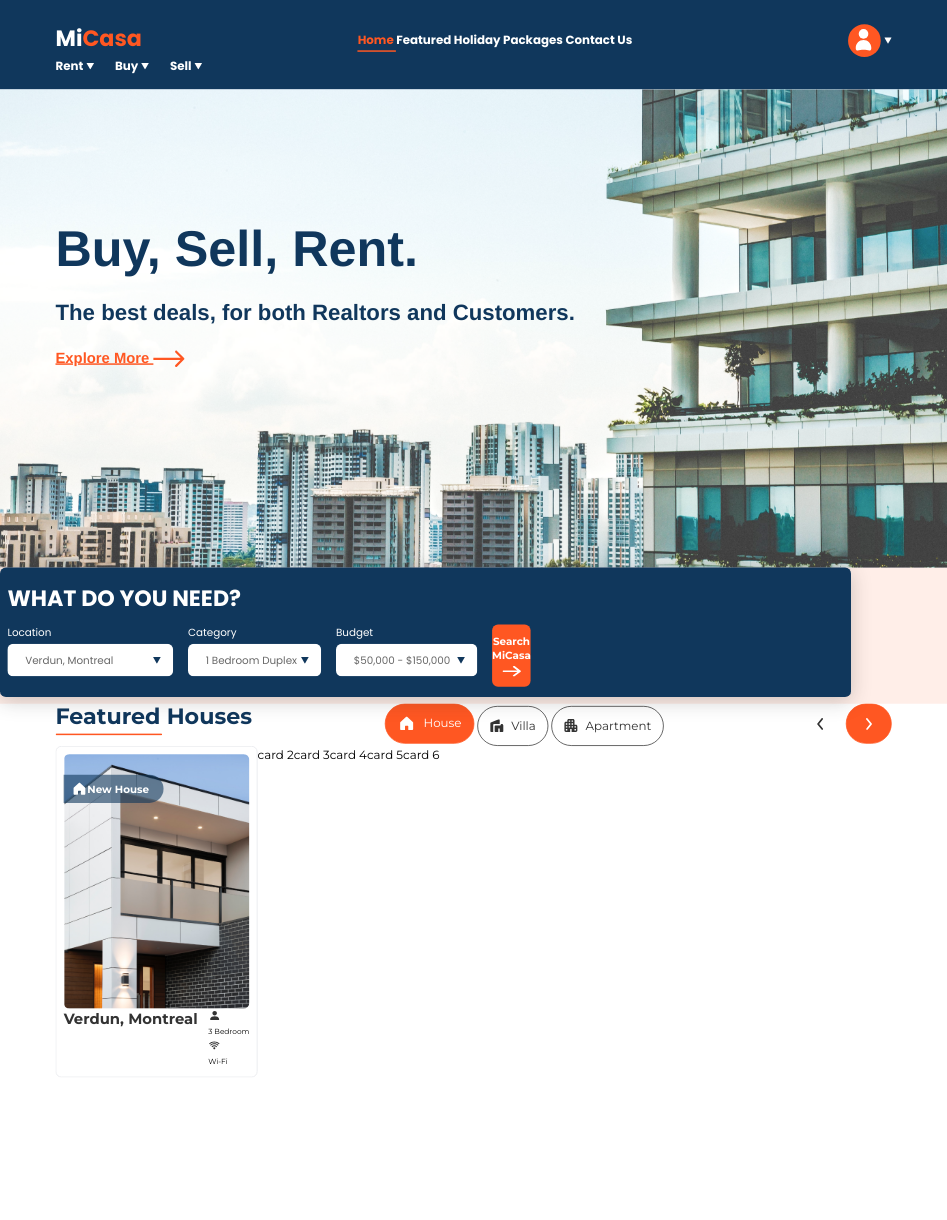
Repository: BenUnyolo/micasa-frontend
Page: index.html
The author's editor kept a copy of each file at every save. The page is drawn from the files as they stood at one save, then again after the next save.
The browser window is 1280 px wide. The pictures show the whole page, at 74% of full size.

Above is the page before, as saved 2021-10-17 16:46:52.

### index.html
<!DOCTYPE html>
<html lang="en">
  <head>
    <meta charset="UTF-8" />
    <meta http-equiv="X-UA-Compatible" content="IE=edge" />
    <meta name="viewport" content="width=device-width, initial-scale=1.0" />
    <title>Document</title>
    <link rel="stylesheet" href="tailwind.css" />
  </head>
  <body>
    <!-- HEADER -->
    <header class="pt-8 pb-5 text-white bg-primary-600">
      <div class="inner-container">
        <!-- top row -->
        <div class="flex flex-row justify-between">
          <a
            href="/"
            class="inline-block text-3xl font-bold leading-10 font-poppins"
          >
            Mi<span class="text-secondary-600">Casa</span>
          </a>
          <nav class="flex items-center inline-block">
            <ul class="font-bold li-inline space-x-14 font-poppins">
              <li
                class="
                  text-secondary-600
                  border-b-2
                  pb-0.5
                  border-secondary-600
                "
              >
                <a href="/">Home</a>
              </li>
              <li><a href="#">Featured</a></li>
              <li><a href="#">Holiday Packages</a></li>
              <li><a href="#">Contact Us</a></li>
            </ul>
          </nav>
          <div class="flex flex-row items-center">
            <img src="assets/images/user_avatar.svg" alt="user avatar" />
            <svg
              width="14"
              height="12"
              viewBox="0 0 14 12"
              fill="none"
              xmlns="http://www.w3.org/2000/svg"
              class="pl-1"
            >
              <title>profile dropdown</title>
              <path d="M7 12L0.0717964 0H13.9282L7 12Z" fill="white" />
            </svg>
          </div>
        </div>
        <!-- bottom row -->
        <div>
          <ul class="space-x-6 font-bold li-inline font-poppins">
            <li>
              Rent
              <svg
                width="12"
                height="9"
                viewBox="0 0 12 9"
                fill="none"
                xmlns="http://www.w3.org/2000/svg"
                class="inline-block"
              >
                <path d="M6 9L0.803848 0H11.1962L6 9Z" fill="white" />
              </svg>
            </li>
            <li>
              Buy
              <svg
                width="12"
                height="9"
                viewBox="0 0 12 9"
                fill="none"
                xmlns="http://www.w3.org/2000/svg"
                class="inline-block"
              >
                <path d="M6 9L0.803848 0H11.1962L6 9Z" fill="white" />
              </svg>
            </li>
            <li>
              Sell
              <svg
                width="12"
                height="9"
                viewBox="0 0 12 9"
                fill="none"
                xmlns="http://www.w3.org/2000/svg"
                class="inline-block"
              >
                <path d="M6 9L0.803848 0H11.1962L6 9Z" fill="white" />
              </svg>
            </li>
          </ul>
        </div>
      </div>
    </header>

    <!-- HERO -->
    <div class="hero">
      <div class="flex inner-container">
        <div class="w-6/12">
          <h1 class="text-primary-600">Buy, Sell, Rent.</h1>
          <h2 class="mt-7.5 text-primary-600">
            The best deals, for both Realtors and Customers.
          </h2>
          <a
            href="#"
            class="
              inline-block
              mt-7.5
              text-secondary-600
              font-helvetica font-bold
              text-xl
              underline
            "
            >Explore More
            <svg
              width="43"
              height="23"
              viewBox="0 0 43 23"
              fill="none"
              xmlns="http://www.w3.org/2000/svg"
              class="inline-block"
            >
              <path
                d="M41.6936 12.9142C42.2794 12.3284 42.2794 11.3786 41.6936 10.7929L32.1477 1.24691C31.5619 0.661127 30.6122 0.661127 30.0264 1.24691C29.4406 1.8327 29.4406 2.78245 30.0264 3.36823L38.5117 11.8535L30.0264 20.3388C29.4406 20.9246 29.4406 21.8743 30.0264 22.4601C30.6122 23.0459 31.5619 23.0459 32.1477 22.4601L41.6936 12.9142ZM0.0714722 13.3535H40.633V10.3535H0.0714722V13.3535Z"
                fill="#FF5722"
              />
            </svg>
          </a>
        </div>
      </div>
    </div>

    <!-- SEARCH & HOW IT WORKS -->
    <div class="relative">
      <!-- what do you need -->
      <div
        class="absolute w-full pt-5 -mb-5 text-sm text-white rounded-lg  px-28 pb-7 font-poppins bg-primary-600 absolute-center inner-container -top-32"
        id="homepage-search"
      >
        <h3 class="leading-normal uppercase font-poppins">What do you need?</h3>
        <!-- search boxes -->
        <span class="inline-block w-full mt-3">
          <div class="flex flex-wrap -m-2.5">
            <!-- location -->
            <div class="w-1/3 p-2.5">
              <label for="location" class="block">Location</label>
              <select name="location" id="search-location">
                <option value="verdun-montreal">Verdun, Montreal</option>
                <option value="sthenri-montreal">Saint Henri, Montreal</option>
                <option value="littleburgundy-montreal">
                  Little Burgundy, Montreal
                </option>
              </select>
            </div>
            <!-- category -->
            <div class="w-1/3 p-2.5">
              <label for="category" class="block">Category</label>
              <select name="category" id="search-category">
                <option value="1br-duplex">1 Bedroom Duplex</option>
                <option value="2br-duplex">2 Bedroom Duplex</option>
                <option value="3br-duplex">3 Bedroom Duplex</option>
              </select>
            </div>
            <!-- category -->
            <div class="w-1/3 p-2.5">
              <label for="budget" class="block">Budget</label>
              <select name="budget" id="search-budget">
                <option value="50k-150k">$50,000 - $150,000</option>
                <option value="150k-250k">$150,001 - $250,000</option>
                <option value="250k-350k">$250,001 - $350,000</option>
              </select>
            </div>
            <!-- search button -->
            <div class="w-1/3 p-2.5 ml-auto">
              <div class="relative w-full">
                <button class="absolute btn-standard">
                  Search MiCasa
                  <svg
                    width="25"
                    height="15"
                    viewBox="0 0 25 15"
                    fill="none"
                    xmlns="http://www.w3.org/2000/svg"
                    class="inline-block"
                  >
                    <path
                      d="M1.5625 8H20.0938L14.4219 12.36C14.2906 12.4611 14.1916 12.5778 14.1308 12.7034C14.0699 12.829 14.0483 12.961 14.0672 13.0919C14.1052 13.3564 14.3059 13.6003 14.625 13.77C14.9441 13.9397 15.3555 14.0214 15.7686 13.997C16.1818 13.9726 16.5629 13.8442 16.8281 13.64L24.6406 7.64C24.6932 7.59228 24.7402 7.54214 24.7812 7.49C24.7813 7.44 24.8594 7.41 24.8906 7.36C24.9614 7.24534 24.9985 7.12329 25 7C24.9985 6.87671 24.9614 6.75466 24.8906 6.64C24.8906 6.59 24.8125 6.56 24.7812 6.51C24.7402 6.45786 24.6932 6.40773 24.6406 6.36L16.8281 0.360002C16.6812 0.247119 16.4972 0.156339 16.2893 0.0941181C16.0814 0.0318971 15.8545 -0.000236672 15.625 1.91036e-06C15.2599 -0.000454603 14.9061 0.0809208 14.625 0.230002C14.4668 0.313951 14.336 0.417051 14.2401 0.533399C14.1443 0.649746 14.0852 0.777054 14.0663 0.908031C14.0475 1.03901 14.0692 1.17108 14.1302 1.29668C14.1912 1.42229 14.2903 1.53895 14.4219 1.64L20.0938 6H1.5625C1.1481 6 0.750672 6.10536 0.457646 6.2929C0.16462 6.48043 0 6.73479 0 7C0 7.26522 0.16462 7.51957 0.457646 7.70711C0.750672 7.89464 1.1481 8 1.5625 8Z"
                      fill="white"
                    />
                  </svg>
                </button>
              </div>
            </div>
          </div>
        </span>
      </div>
      <!-- how it works -->
      <div class="pb-10 bg-secondary-600 bg-opacity-10 pt-28 text-grey-800">
        <div class="inner-container">
          <h3 class="text-center">How It Works</h3>
          <div class="flex mt-10">
            <!-- find a listing -->
            <div class="flex w-1/3">
              <div class="flex items-center flex-none">
                <img src="assets/images/find_listing.png" alt="" />
              </div>
              <div class="pl-5">
                <h4 class="font-bold">Find A Listing</h4>
                <p class="mt-2 text-xs">
                  Make a choice of the type of apartment and qualities that
                  appeal to your interest.
                </p>
              </div>
            </div>
            <!-- talk to an agent -->
            <div class="flex w-1/3">
              <div class="flex items-center flex-none">
                <img src="assets/images/talk_to_agent.png" alt="" />
              </div>
              <div class="pl-5">
                <h4 class="font-bold">Talk to an Agent</h4>
                <p class="mt-2 text-xs">
                  Our Agents are available 24 Hours Mon-Sat.
                </p>
              </div>
            </div>
            <!-- set the date -->
            <div class="flex w-1/3">
              <div class="flex items-center flex-none">
                <img src="assets/images/set_date.png" alt="" />
              </div>
              <div class="pl-5">
                <h4 class="font-bold">Set the date and Move in!</h4>
                <p class="mt-2 text-xs">
                  Make payments, get reciept and all other important documents,
                  set your move-in date.
                </p>
              </div>
            </div>
          </div>
        </div>
      </div>
    </div>

    <!-- FEATURED HOUSES -->
    <div class="pt-24 inner-container">
      <!-- title row -->
      <div class="flex flex-row justify-between">
        <!-- title -->
        <h3 class="inline-block orange-underline">Featured Houses</h3>
        <!-- building type buttons -->
        <div class="space-x-7">
          <button class="btn-rounded btn-rounded--orange">
            <svg
              width="25"
              height="24"
              viewBox="0 0 25 24"
              fill="none"
              class="inline-block mr-2.5"
              xmlns="http://www.w3.org/2000/svg"
            >
              <path
                d="M21.298 10.7351V19.179C21.2978 19.4439 21.2261 19.7037 21.0903 19.9311C20.9546 20.1584 20.7599 20.3449 20.5269 20.4707C20.3157 20.5849 20.0789 20.6433 19.8388 20.6402H15.45C15.2562 20.6402 15.0704 20.5632 14.9334 20.4262C14.7964 20.2892 14.7194 20.1033 14.7194 19.9096V15.5253C14.7194 15.3315 14.6424 15.1457 14.5054 15.0087C14.3684 14.8717 14.1825 14.7947 13.9888 14.7947H11.0664C10.8726 14.7947 10.6868 14.8717 10.5497 15.0087C10.4127 15.1457 10.3358 15.3315 10.3358 15.5253V19.9096C10.3358 20.1033 10.2588 20.2892 10.1218 20.4262C9.98476 20.5632 9.79892 20.6402 9.60516 20.6402H5.22491C5.01776 20.6407 4.81289 20.5969 4.62403 20.5118C4.43516 20.4267 4.26667 20.3023 4.12983 20.1467C3.88963 19.8689 3.75934 19.5128 3.76353 19.1456V10.735C3.76368 10.5314 3.8063 10.3301 3.88865 10.1439C3.971 9.95775 4.09128 9.79079 4.2418 9.65371L11.5472 3.01134C11.8155 2.76554 12.1662 2.62918 12.5301 2.62915C12.894 2.62912 13.2448 2.76541 13.5132 3.01116L20.8198 9.6538C20.9703 9.7909 21.0906 9.95787 21.1729 10.1441C21.2552 10.3302 21.2978 10.5315 21.298 10.7351Z"
                class="fill-current"
              />
            </svg>
            House
          </button>
          <button class="btn-rounded">
            <svg
              width="19"
              height="18"
              viewBox="0 0 19 18"
              fill="none"
              class="inline-block mr-2.5"
              xmlns="http://www.w3.org/2000/svg"
            >
              <path
                d="M4.52066 17.0955H1.59825C1.06247 17.0955 0.624107 16.6571 0.624107 16.1213V5.10381C0.624107 4.69468 0.867642 4.33424 1.24756 4.18812L11.9631 0.0675206C12.1112 0.0103599 12.271 -0.00973006 12.4287 0.00899941C12.5864 0.0277289 12.7371 0.0847102 12.8677 0.174983C12.9983 0.265256 13.1048 0.386083 13.1781 0.526948C13.2513 0.667813 13.289 0.824446 13.2879 0.98321V6.37993H5.4948C4.95902 6.37993 4.52066 6.8183 4.52066 7.35407V17.0955ZM14.262 8.32821H7.44307C6.9073 8.32821 6.46894 8.76657 6.46894 9.30235V16.1213C6.46894 16.6571 6.9073 17.0955 7.44307 17.0955H11.3396V13.1989C11.3396 12.6631 11.778 12.2248 12.3138 12.2248C12.8495 12.2248 13.2879 12.6631 13.2879 13.1989V17.0955H17.1845C17.7202 17.0955 18.1586 16.6571 18.1586 16.1213V8.32821C18.1586 7.25666 17.2819 6.37993 16.2103 6.37993C15.1388 6.37993 14.262 7.25666 14.262 8.32821Z"
                class="fill-current"
              />
            </svg>
            Villa
          </button>
          <button class="btn-rounded">
            <svg
              width="19"
              height="19"
              viewBox="0 0 19 19"
              fill="none"
              class="inline-block mr-2.5"
              xmlns="http://www.w3.org/2000/svg"
            >
              <path
                d="M14.3568 8.35402V2.50919C14.3568 1.43764 13.4801 0.560913 12.4086 0.560913H6.56373C5.49218 0.560913 4.61545 1.43764 4.61545 2.50919V4.45746H2.66718C1.59563 4.45746 0.718903 5.33419 0.718903 6.40574V16.1471C0.718903 17.2187 1.59563 18.0954 2.66718 18.0954H8.51201V14.1988H10.4603V18.0954H16.3051C17.3767 18.0954 18.2534 17.2187 18.2534 16.1471V10.3023C18.2534 9.23074 17.3767 8.35402 16.3051 8.35402H14.3568ZM4.61545 16.1471H2.66718V14.1988H4.61545V16.1471ZM4.61545 12.2506H2.66718V10.3023H4.61545V12.2506ZM4.61545 8.35402H2.66718V6.40574H4.61545V8.35402ZM8.51201 12.2506H6.56373V10.3023H8.51201V12.2506ZM8.51201 8.35402H6.56373V6.40574H8.51201V8.35402ZM8.51201 4.45746H6.56373V2.50919H8.51201V4.45746ZM12.4086 12.2506H10.4603V10.3023H12.4086V12.2506ZM12.4086 8.35402H10.4603V6.40574H12.4086V8.35402ZM12.4086 4.45746H10.4603V2.50919H12.4086V4.45746ZM16.3051 16.1471H14.3568V14.1988H16.3051V16.1471ZM16.3051 12.2506H14.3568V10.3023H16.3051V12.2506Z"
                class="fill-current"
              />
            </svg>

            Apartment
          </button>
        </div>
        <!-- arrows -->
        <div>
          <button class="border-white btn-rounded text-grey-800">
            <svg
              width="28"
              height="28"
              viewBox="0 0 28 28"
              fill="none"
              class="inline-block"
              xmlns="http://www.w3.org/2000/svg"
            >
              <path
                d="M17.1585 22.2809C17.4219 22.2815 17.677 22.1892 17.8798 22.0201C17.9939 21.9249 18.0882 21.808 18.1574 21.6761C18.2265 21.5441 18.2691 21.3998 18.2827 21.2513C18.2963 21.1027 18.2807 20.953 18.2367 20.8105C18.1927 20.6681 18.1212 20.5358 18.0263 20.4212L12.9775 14.3431L17.846 8.25361C17.9396 8.13762 18.0095 8.00415 18.0517 7.86089C18.0939 7.71762 18.1075 7.56738 18.0918 7.4188C18.0761 7.27021 18.0313 7.12622 17.9601 6.99509C17.889 6.86396 17.7927 6.74828 17.6769 6.6547C17.5603 6.55147 17.4238 6.4736 17.2759 6.42598C17.1279 6.37837 16.9718 6.36204 16.8173 6.37801C16.6628 6.39398 16.5133 6.44191 16.3781 6.5188C16.2428 6.59569 16.1249 6.69986 16.0316 6.8248L10.5884 13.6287C10.4226 13.8316 10.332 14.0861 10.332 14.3488C10.332 14.6114 10.4226 14.8659 10.5884 15.0688L16.2232 21.8727C16.3362 22.0099 16.4798 22.1184 16.6423 22.1893C16.8049 22.2603 16.9817 22.2917 17.1585 22.2809Z"
                class="fill-current"
              />
            </svg>
          </button>
          <button class="btn-rounded btn-rounded--orange">
            <svg
              width="28"
              height="28"
              viewBox="0 0 28 28"
              fill="none"
              class="inline-block"
              xmlns="http://www.w3.org/2000/svg"
            >
              <path
                d="M11.4953 6.37421C11.232 6.37369 10.9768 6.46597 10.774 6.63503C10.6599 6.73022 10.5656 6.84714 10.4964 6.97907C10.4273 7.11101 10.3847 7.25537 10.3711 7.4039C10.3575 7.55242 10.3731 7.70219 10.4171 7.84462C10.4611 7.98705 10.5326 8.11935 10.6275 8.23394L15.6763 14.3121L10.8078 20.4015C10.7142 20.5175 10.6443 20.651 10.6021 20.7943C10.5599 20.9375 10.5463 21.0878 10.562 21.2364C10.5777 21.3849 10.6225 21.5289 10.6937 21.6601C10.7649 21.7912 10.8611 21.9069 10.9769 22.0005C11.0935 22.1037 11.23 22.1816 11.3779 22.2292C11.5259 22.2768 11.682 22.2931 11.8365 22.2771C11.991 22.2612 12.1405 22.2132 12.2757 22.1364C12.411 22.0595 12.5289 21.9553 12.6222 21.8304L18.0654 15.0265C18.2312 14.8236 18.3218 14.5691 18.3218 14.3064C18.3218 14.0437 18.2312 13.7892 18.0654 13.5863L12.4306 6.78244C12.3176 6.64521 12.174 6.53673 12.0115 6.4658C11.8489 6.39487 11.6721 6.36349 11.4953 6.37421Z"
                class="fill-current"
              />
            </svg>
          </button>
        </div>
      </div>
      <!-- house cards -->
      <div class="flex overflow-x-scroll">
        <!-- card 1 -->
        <div class="flex-none w-1/4 border p-2.5 rounded-lg bg-white">
          <!-- top section -->
          <div class="relative">
            <!-- image -->
            <img
              src="assets/images/house_cards/house_1.png"
              alt="house with balcony"
              class="object-cover w-full rounded-lg h-86"
            />
            <!-- tag -->
            <div class="house-card__tag house-card__tag--new-house">
              New House
            </div>
          </div>
          <!-- title section -->
          <div class="flex justify-between">
            <!-- title -->
            <h4 class="text-grey-800">Verdun, Montreal</h4>
            <!-- icons -->
            <div class="flex-none">
              <!-- bedrooms -->
              <span>
                <svg
                  width="18"
                  height="17"
                  viewBox="0 0 18 17"
                  fill="none"
                  xmlns="http://www.w3.org/2000/svg"
                >
                  <path
                    d="M4.01701 15.228C4.01701 15.228 3.00223 15.228 3.00223 14.2132C3.00223 13.1984 4.01701 10.1541 9.0909 10.1541C14.1648 10.1541 15.1796 13.1984 15.1796 14.2132C15.1796 15.228 14.1648 15.228 14.1648 15.228H4.01701ZM9.0909 9.13933C9.89831 9.13933 10.6726 8.81859 11.2436 8.24766C11.8145 7.67674 12.1352 6.9024 12.1352 6.09499C12.1352 5.28759 11.8145 4.51325 11.2436 3.94232C10.6726 3.3714 9.89831 3.05066 9.0909 3.05066C8.28349 3.05066 7.50915 3.3714 6.93823 3.94232C6.36731 4.51325 6.04656 5.28759 6.04656 6.09499C6.04656 6.9024 6.36731 7.67674 6.93823 8.24766C7.50915 8.81859 8.28349 9.13933 9.0909 9.13933Z"
                    fill="#333333"
                  />
                </svg>
                <span class="text-xxs">3 Bedroom</span>
              </span>
              <!-- wifi -->
              <span>
                <svg
                  width="17"
                  height="17"
                  viewBox="0 0 17 17"
                  fill="none"
                  xmlns="http://www.w3.org/2000/svg"
                >
                  <path
                    d="M8.60449 4.65059C10.9625 4.65059 13.1625 5.55259 14.7998 7.18993L15.7425 6.24726C13.8538 4.35793 11.3185 3.31726 8.60449 3.31726C5.89049 3.31793 3.35516 4.35793 1.46649 6.24726L2.40916 7.18993C4.04649 5.55259 6.24649 4.65059 8.60449 4.65059ZM12.3852 10.1886C10.3358 8.13926 6.87316 8.13926 4.82383 10.1886L5.76649 11.1313C7.30449 9.59326 9.90449 9.59326 11.4425 11.1313L12.3852 10.1886Z"
                    fill="#333333"
                  />
                  <path
                    d="M14.2291 8.17933C11.1811 5.13 6.02847 5.13 2.98047 8.17933L3.92314 9.122C6.46114 6.584 10.7485 6.584 13.2865 9.122L14.2291 8.17933Z"
                    fill="#333333"
                  />
                  <path
                    d="M8.60448 13.9839C9.34086 13.9839 9.93782 13.387 9.93782 12.6506C9.93782 11.9142 9.34086 11.3173 8.60448 11.3173C7.8681 11.3173 7.27115 11.9142 7.27115 12.6506C7.27115 13.387 7.8681 13.9839 8.60448 13.9839Z"
                    fill="#333333"
                  />
                </svg>
                <span class="text-xxs">Wi-Fi</span>
              </span>
            </div>
          </div>
        </div>
        <div class="flex-none w-1/4">card 2</div>
        <div class="flex-none w-1/4">card 3</div>
        <div class="flex-none w-1/4">card 4</div>
        <div class="flex-none w-1/4">card 5</div>
        <div class="flex-none w-1/4">card 6</div>
      </div>
      <br />
      <br />
      <br />
      <br />
      <br />
      <br />
      <br />
      <br />
    </div>
  </body>
</html>

### assets/images/icons/house_white.svg
<svg width="22" height="22" viewBox="0 0 22 22" fill="none" xmlns="http://www.w3.org/2000/svg">
<path d="M19.3194 10.0223V17.6787C19.3192 17.9188 19.2542 18.1544 19.1311 18.3606C19.008 18.5667 18.8315 18.7358 18.6202 18.8498C18.4287 18.9535 18.214 19.0064 17.9963 19.0035H14.0168C13.8411 19.0035 13.6726 18.9337 13.5484 18.8095C13.4241 18.6853 13.3543 18.5168 13.3543 18.3411V14.3657C13.3543 14.19 13.2846 14.0215 13.1603 13.8973C13.0361 13.7731 12.8676 13.7033 12.6919 13.7033H10.042C9.86634 13.7033 9.69784 13.7731 9.57361 13.8973C9.44937 14.0215 9.37958 14.19 9.37958 14.3657V18.3411C9.37958 18.5168 9.30978 18.6853 9.18555 18.8095C9.06131 18.9337 8.89281 19.0035 8.71711 19.0035H4.74541C4.55757 19.004 4.37181 18.9643 4.20056 18.8872C4.02931 18.81 3.87653 18.6971 3.75246 18.5561C3.53466 18.3042 3.41652 17.9814 3.42032 17.6484V10.0222C3.42046 9.83761 3.4591 9.65508 3.53377 9.48626C3.60844 9.31744 3.7175 9.16605 3.85398 9.04176L10.478 3.01891C10.7213 2.79603 11.0393 2.67239 11.3693 2.67236C11.6993 2.67233 12.0173 2.79591 12.2606 3.01874L18.8858 9.04185C19.0223 9.16616 19.1313 9.31756 19.206 9.48637C19.2806 9.65518 19.3192 9.83771 19.3194 10.0223Z" fill="white"/>
</svg>

Loaded but not shown: tailwind.css (library)

After the next save:
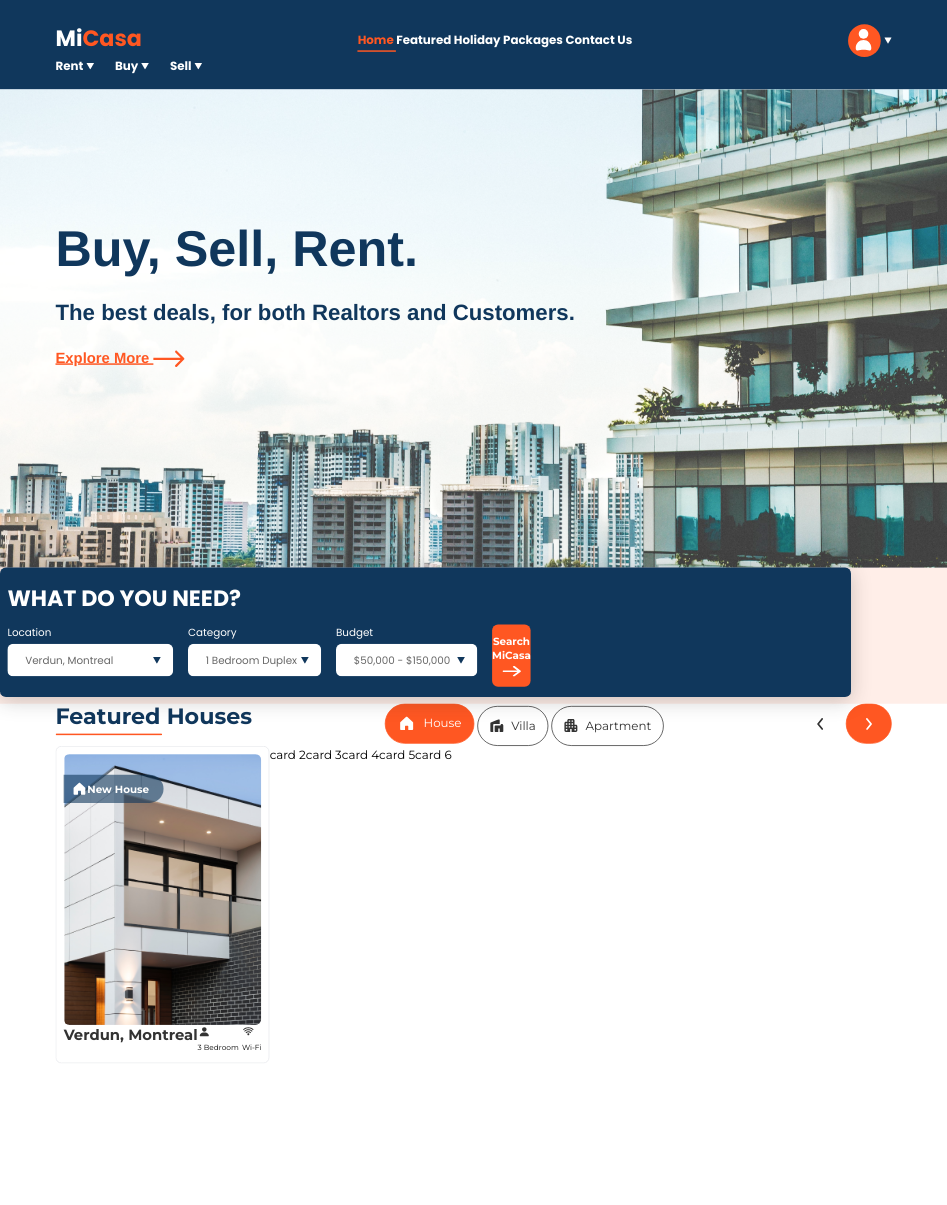
Saved 50 s later.
--- a/index.html
+++ b/index.html
@@ -363,7 +363,7 @@
             <!-- icons -->
             <div class="flex-none">
               <!-- bedrooms -->
-              <span>
+              <div class="inline-block">
                 <svg
                   width="18"
                   height="17"
@@ -377,9 +377,9 @@
                   />
                 </svg>
                 <span class="text-xxs">3 Bedroom</span>
-              </span>
+              </div>
               <!-- wifi -->
-              <span>
+              <div class="inline-block">
                 <svg
                   width="17"
                   height="17"
@@ -401,7 +401,7 @@
                   />
                 </svg>
                 <span class="text-xxs">Wi-Fi</span>
-              </span>
+              </div>
             </div>
           </div>
         </div>
